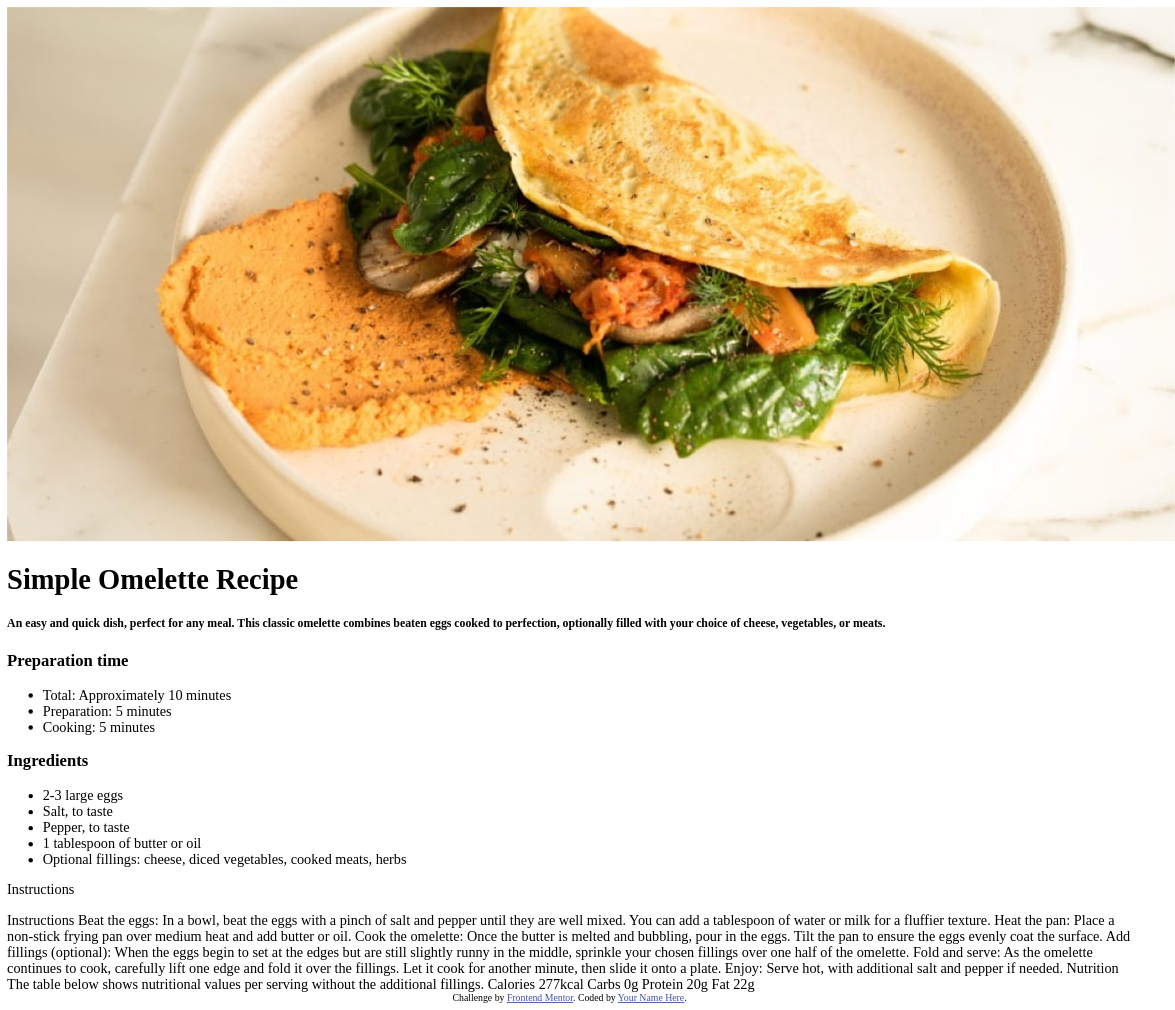
Repository: sodmaq/recipe-page-
Page: index.html
These files come from the project's save history. The page is drawn as it stood at one moment and after the next save; the edit follows.
The browser window is 1280 px wide. The page is 1320 px wide, so the pictures cover 1320 px, including what lies to the right of the window. The pictures show the whole page, at 89% of full size.

Above is the page before, as saved 2024-09-07 12:29:47.

### index.html
<!DOCTYPE html>
<html lang="en">
  <head>
    <meta charset="UTF-8" />
    <meta name="viewport" content="width=device-width, initial-scale=1.0" />
    <!-- displays site properly based on user's device -->

    <link
      rel="icon"
      type="image/png"
      sizes="32x32"
      href="./assets/images/favicon-32x32.png"
    />

    <title>Frontend Mentor | Recipe page</title>

    <!-- Feel free to remove these styles or customise in your own stylesheet 👍 -->
    <style>
      .attribution {
        font-size: 11px;
        text-align: center;
      }
      .attribution a {
        color: hsl(228, 45%, 44%);
      }
    </style>
  </head>
  <body>
    <img src="/assets/images/image-omelette.jpeg" alt="" />
    <h1>Simple Omelette Recipe</h1>
    <h5>
      An easy and quick dish, perfect for any meal. This classic omelette
      combines beaten eggs cooked to perfection, optionally filled with your
      choice of cheese, vegetables, or meats.
    </h5>
    <h3>Preparation time</h3>
    <ul>
      <li>Total: Approximately 10 minutes</li>
      <li>Preparation: 5 minutes</li>
      <li>Cooking: 5 minutes</li>
    </ul>

    <h3>Ingredients</h3>
    <ul>
      <li>2-3 large eggs</li>
      <li>Salt, to taste</li>
      <li>Pepper, to taste</li>
      <li>1 tablespoon of butter or oil</li>
      <li>Optional fillings: cheese, diced vegetables, cooked meats, herbs</li>
    </ul>
    <p>Instructions</p>

    Instructions Beat the eggs: In a bowl, beat the eggs with a pinch of salt
    and pepper until they are well mixed. You can add a tablespoon of water or
    milk for a fluffier texture. Heat the pan: Place a non-stick frying pan over
    medium heat and add butter or oil. Cook the omelette: Once the butter is
    melted and bubbling, pour in the eggs. Tilt the pan to ensure the eggs
    evenly coat the surface. Add fillings (optional): When the eggs begin to set
    at the edges but are still slightly runny in the middle, sprinkle your
    chosen fillings over one half of the omelette. Fold and serve: As the
    omelette continues to cook, carefully lift one edge and fold it over the
    fillings. Let it cook for another minute, then slide it onto a plate. Enjoy:
    Serve hot, with additional salt and pepper if needed. Nutrition The table
    below shows nutritional values per serving without the additional fillings.
    Calories 277kcal Carbs 0g Protein 20g Fat 22g

    <div class="attribution">
      Challenge by
      <a href="https://www.frontendmentor.io?ref=challenge" target="_blank"
        >Frontend Mentor</a
      >. Coded by <a href="#">Your Name Here</a>.
    </div>
  </body>
</html>

After the next save:
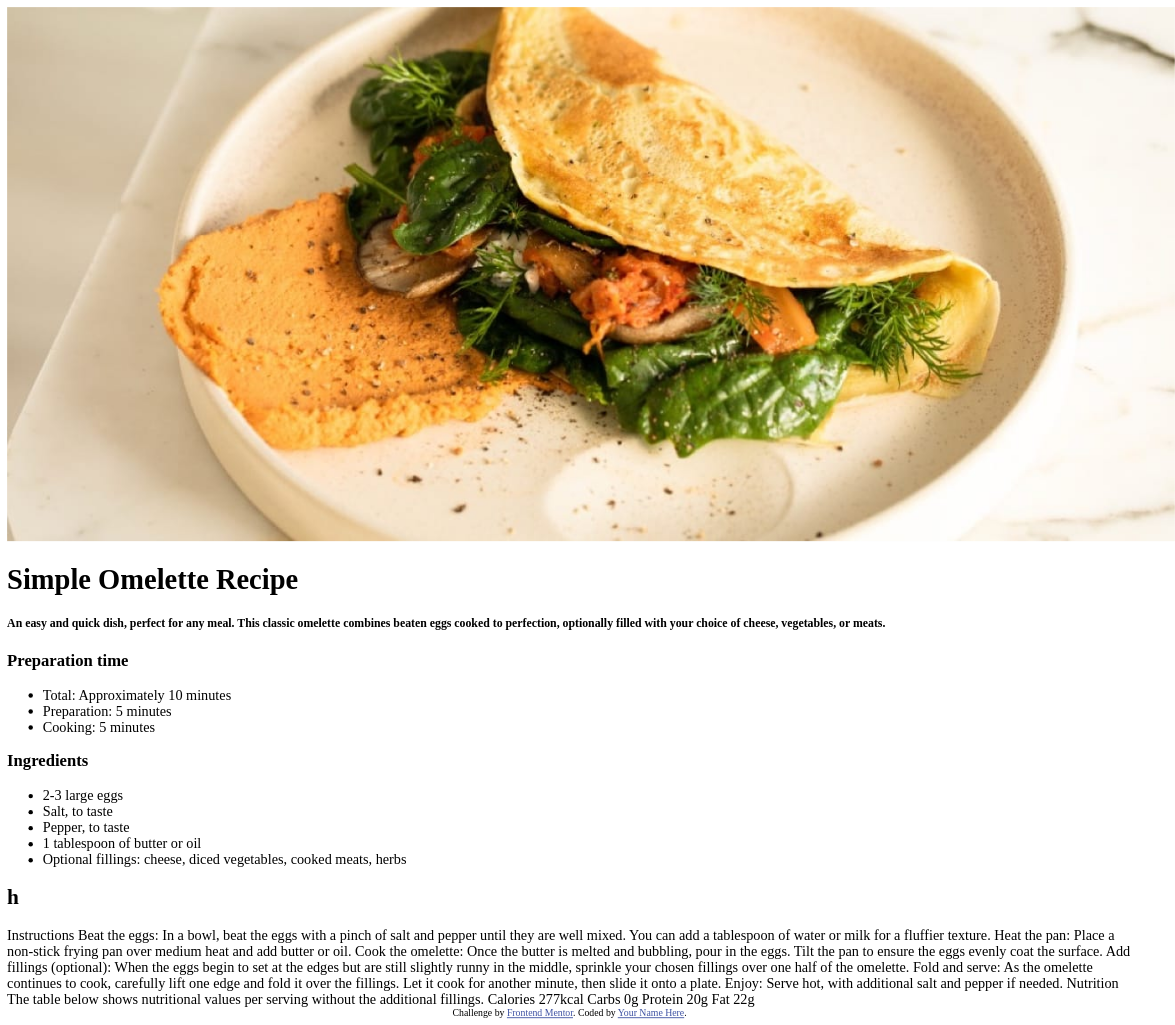
Saved 20 s later.
--- a/index.html
+++ b/index.html
@@ -48,7 +48,7 @@
       <li>1 tablespoon of butter or oil</li>
       <li>Optional fillings: cheese, diced vegetables, cooked meats, herbs</li>
     </ul>
-    <p>Instructions</p>
+    <p><h2>h</h2></p>
 
     Instructions Beat the eggs: In a bowl, beat the eggs with a pinch of salt
     and pepper until they are well mixed. You can add a tablespoon of water or

After the save that followed:
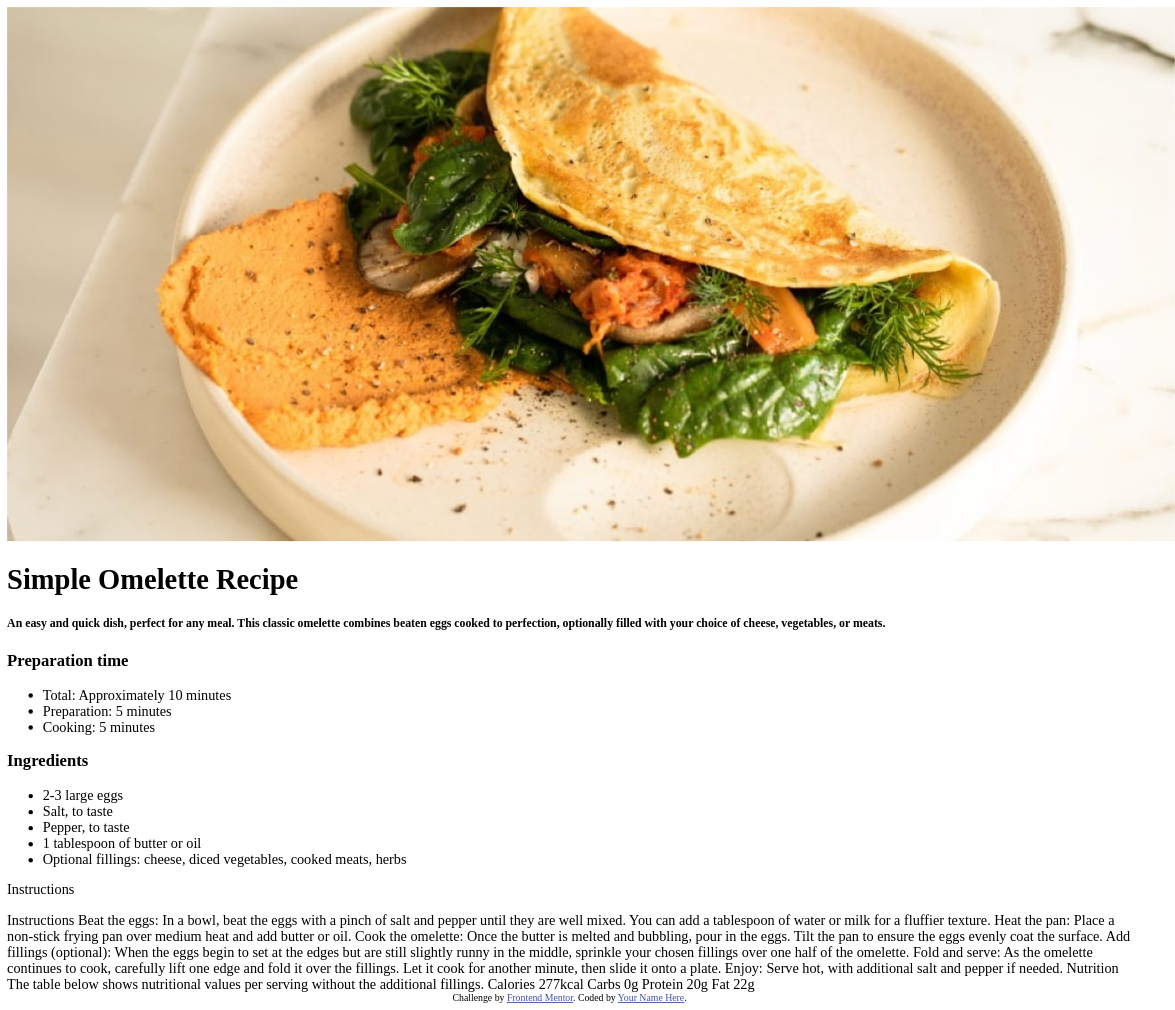
Saved 28 s later.
--- a/index.html
+++ b/index.html
@@ -48,7 +48,7 @@
       <li>1 tablespoon of butter or oil</li>
       <li>Optional fillings: cheese, diced vegetables, cooked meats, herbs</li>
     </ul>
-    <p><h2>h</h2></p>
+    <p>Instructions</p>
 
     Instructions Beat the eggs: In a bowl, beat the eggs with a pinch of salt
     and pepper until they are well mixed. You can add a tablespoon of water or
